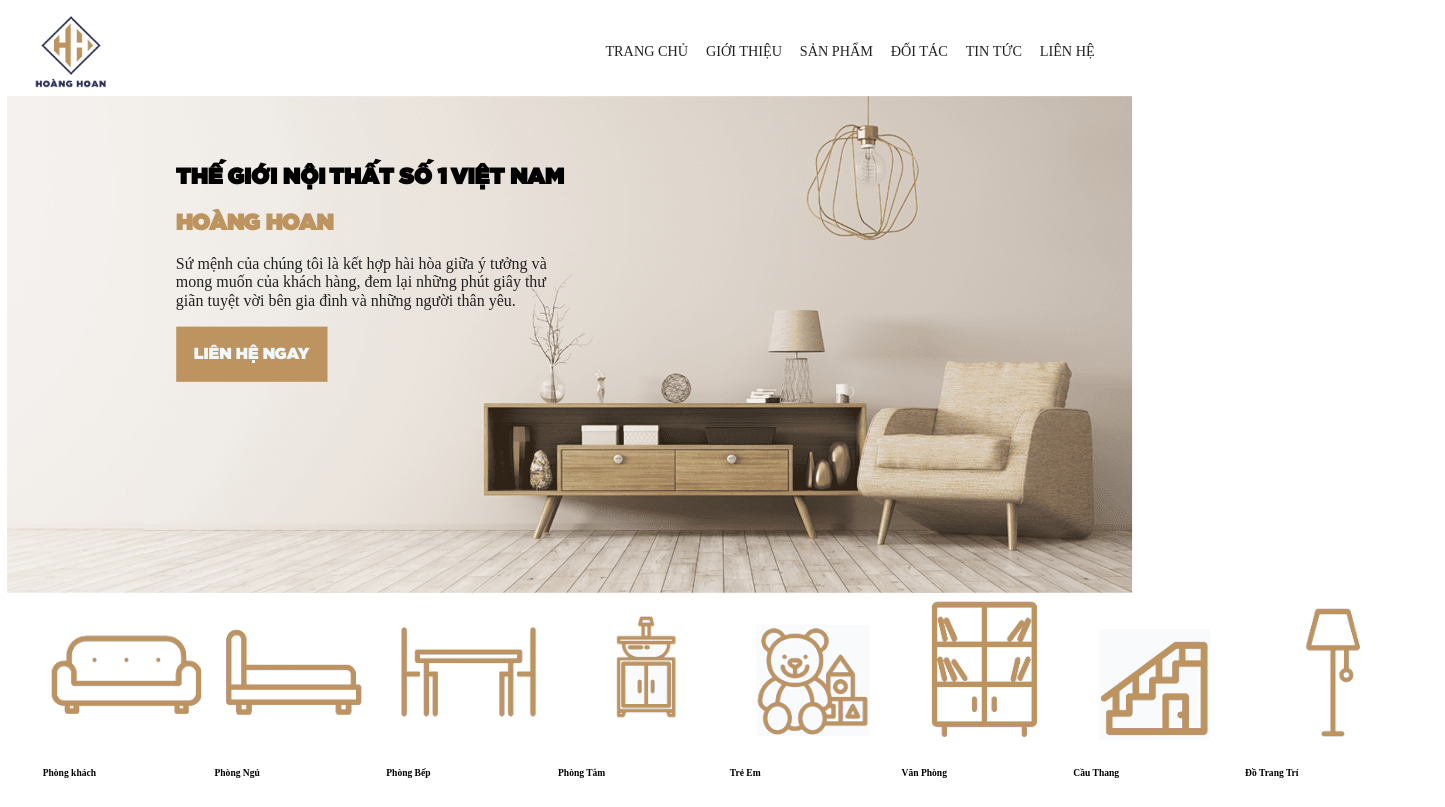
Repository: LDDUNG2003/front_end
Page: index.html
These files come from the project's save history. The page is drawn as it stood at one moment and after the next save; the edit follows.
The browser window is 1280 px wide. The page is 1592 px wide, then 1624 px, so the pictures cover 1624 px, including what lies to the right of the window. The pictures show the whole page, at 89% of full size.

Above is the page before, as saved 2023-08-28 22:33:22.

### index.html
<!DOCTYPE html>
<html lang="en">

<head>
    <meta charset="UTF-8">
    <meta name="viewport" content="width=device-width, initial-scale=1.0">
    <title>Document</title>
    <link rel="stylesheet" href="./public/css/base.css">
    <link rel="stylesheet" href="./public/css/home.css">
</head>

<body>
    <div class="main">
        <div class="header">
            <div class="navBar">
                <img src="./public/img/logo.png" alt="logo" class="logo">
                <ul class="navBar__list">
                    <li class="navBar__list-item"><a href="" class="navBar__list--link">trang chủ</a></li>
                    <li class="navBar__list-item">
                        <a href="" class="navBar__list--link">giới thiệu</a>
                    </li>
                    <li class="navBar__list-item">
                        <a href="" class="navBar__list--link">sản phẩm</a>
                    </li>
                    <li class="navBar__list-item">
                        <a href="" class="navBar__list--link">đối tác</a>
                    </li>
                    <li class="navBar__list-item">
                        <a href="" class="navBar__list--link">tin tức</a>
                    </li>
                    <li class="navBar__list-item">
                        <a href="" class="navBar__list--link">liên hệ</a>
                    </li>
                </ul>
            </div>
        </div>
        <div class="content">
            <div class="content__banner">
                <div class="content--list-image">
                    <img class="content--image" src="./public/img/banner.png" alt="">
                </div>
                <div class="banner--content">
                    <h2 class="banner--content-text-title">THẾ GIỚI NỘI THẤT SỐ 1 VIỆT NAM</h2>
                    <h2 class="banner--content-text-title" style="color: var(--primary-color)">hoàng hoan</h2>
                    <p class="banner--content-text">Sứ mệnh của chúng tôi là kết hợp hài hòa giữa ý tưởng và mong muốn của khách hàng, đem lại những phút giây thư giãn tuyệt vời bên gia đình và những người thân yêu.</p>
                    <button class="banner--button">LIÊN HỆ NGAY</button>
                </div>
            </div>
            <div class="content__focut">
                <ul class="focut--list">
                    <li class="focut--item">
                        <img src="./public/img/product/icon-phong-khach.png" alt="" class="focut--img">
                        <h6 class="focut--text">Phòng khách</h6>
                    </li>
                    <li class="focut--item">
                        <img src="./public/img/product/icon-phong-ngu.png" alt="" class="focut--img">
                        <h6 class="focut--text">Phòng Ngủ</h6>
                    </li>
                    <li class="focut--item">
                        <img src="./public/img/product/icon-phong-bep.png" alt="" class="focut--img">
                        <h6 class="focut--text">Phòng Bếp</h6>
                    </li>
                    <li class="focut--item">
                        <img src="./public/img/product/icon-phong-tam.png" alt="" class="focut--img">
                        <h6 class="focut--text">Phòng Tắm</h6>
                    </li>
                    <li class="focut--item">
                        <img src="./public/img/product/icon-tre-em.png" alt="" class="focut--img">
                        <h6 class="focut--text">Trẻ Em</h6>
                    </li>
                    <li class="focut--item">
                        <img src="./public/img/product/icon-van-phong.png" alt="" class="focut--img">
                        <h6 class="focut--text">Văn Phòng</h6>
                    </li>
                    <li class="focut--item">
                        <img src="./public/img/product/icon-cau-thang.png" alt="" class="focut--img">
                        <h6 class="focut--text">Cầu Thang</h6>
                    </li>
                    <li class="focut--item">
                        <img src="./public/img/product/icon-do-trang-tri.png" alt="" class="focut--img">
                        <h6 class="focut--text">Đồ Trang Trí</h6>
                    </li>
                </ul>
            </div>
        </div>
        <div class="footer"></div>
</body>

</html>

### public/css/base.css
:root {
    --primary-color: #bd945f;
    --text-color: #222222;
}


/* font setting */

@font-face {
    font-family: "gotham-family";
    src: url(../front/Gotham-Medium.otf);
    font-family: "gotham-linear";
    src: url(../front/Gotham-Thin.otf);
    font-family: "gotham-utral";
    src: url(../front/Gotham-Ultra.otf);
}

* {
    font-family: "gotham-family";
}

.main {
    width: 100%;
}

.header {
    padding: 10px 0px;
    margin: auto;
    width: 100%;
    max-width: 1200px;
}

.navBar {
    display: flex;
    width: 100%;
    justify-content: space-between;
}

.logo {
    height: 80px;
}

.navBar__list {
    display: flex;
    list-style: none;
    align-items: center;
}

.navBar__list-item {
    margin: 0 10px;
}

.navBar__list--link {
    text-transform: uppercase;
    font-size: 16px;
    color: var(--text-color);
    text-decoration: none;
}

### public/css/home.css
.content {
    width: 100%;
    max-width: 1500px;
    margin: auto;
}

.content__banner {
    width: 100%;
    position: relative;
}

.content--list-image {
    width: 100%;
    max-width: 1500px;
    margin: auto;
}

.content--image {
    width: 100%;
}

.banner--content {
    position: absolute;
    top: 10%;
    left: 15%;
}

.banner--content-text-title {
    text-transform: uppercase;
    font-family: 800;
    font-family: "gotham-utral";
    font-size: 25px;
}

.banner--content-text {
    font-size: 18px;
    color: var(--text-color);
    width: 420px;
}

.banner--button {
    padding: 20px;
    color: aliceblue;
    background-color: var(--primary-color);
    border: none;
    font-family: "gotham-utral";
    font-size: 18px;
    cursor: pointer;
}

.content__focut {
    max-width: 1200px;
}

.focut--list {
    margin: auto;
    display: flex;
    width: 100%;
    list-style: none;
}

.focut--item {}

.focut--img {}

.focut--text {}

After the next save:
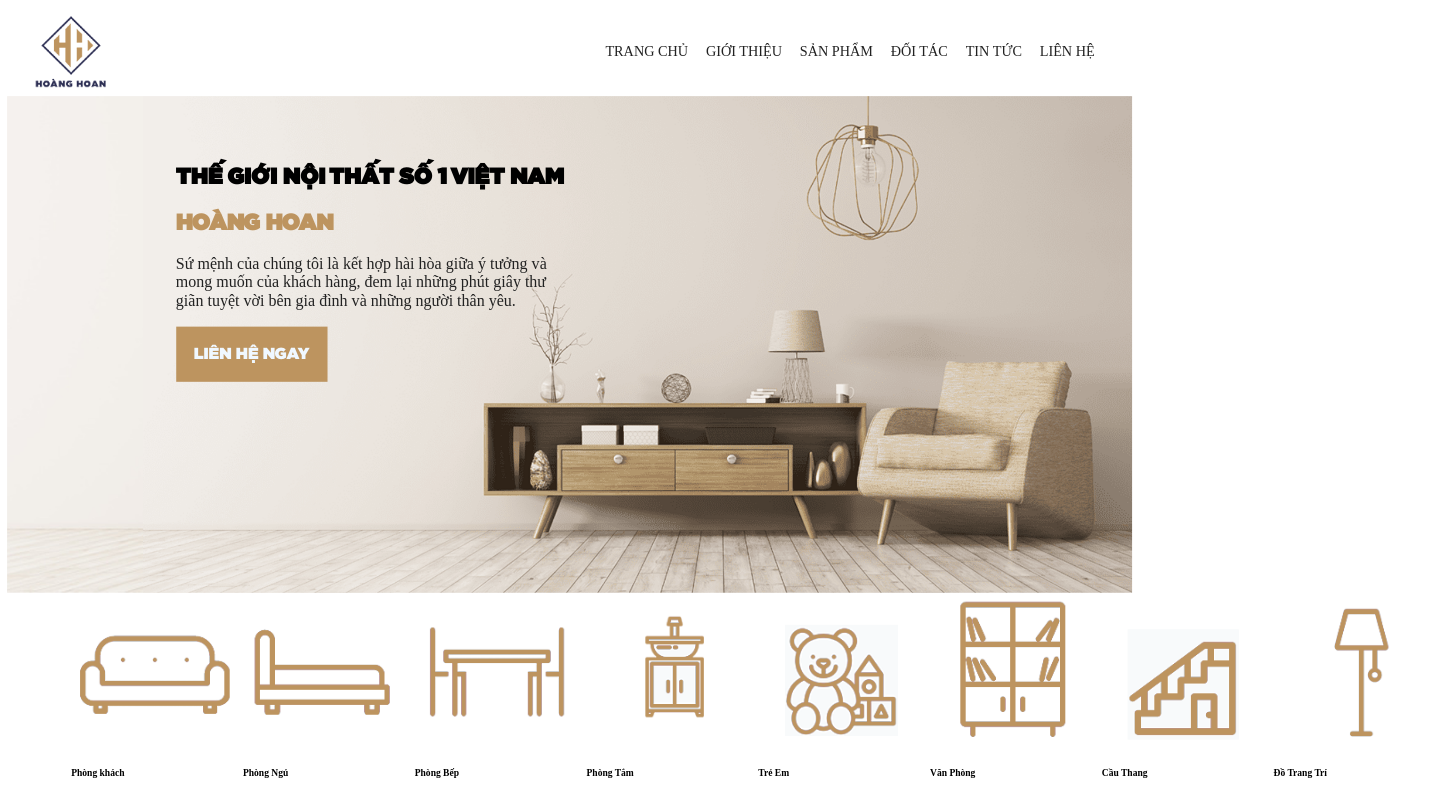
Saved 33 s later.
--- a/public/css/home.css
+++ b/public/css/home.css
@@ -50,6 +50,8 @@
 
 .content__focut {
     max-width: 1200px;
+    width: 100%;
+    margin: auto;
 }
 
 .focut--list {
